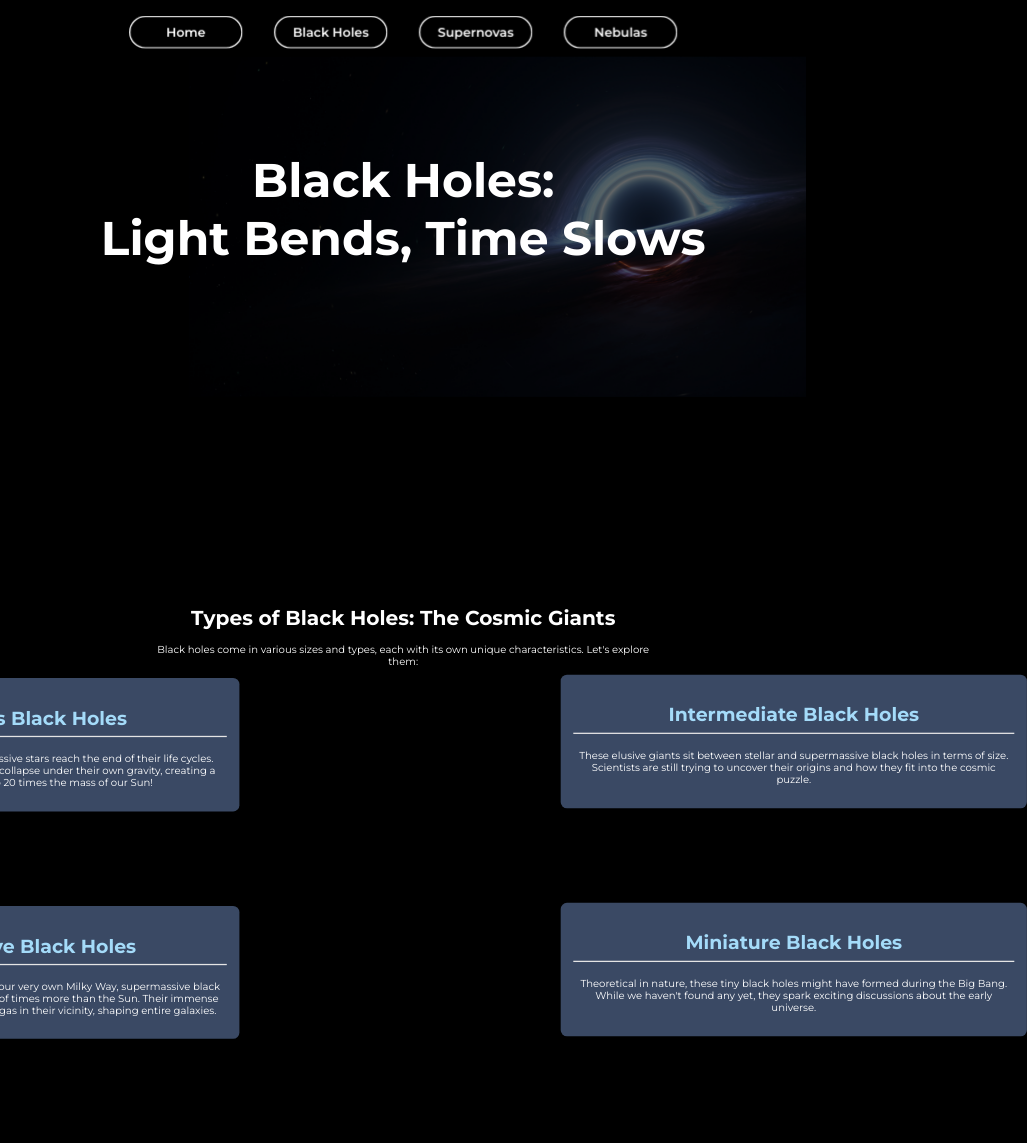
Repository: english-only/Space-Website
Page: black_hole.html
An editor plug-in stored every save of this project. The page is shown before and after the next save, followed by the edit.
The browser window is 1280 px wide. The page is 1630 px wide, so the pictures cover 1630 px, including what lies to the right of the window. The pictures show the whole page, at 63% of full size.
Backgrounds fixed to the window are drawn as part of the page.

Above is the page before, as saved 2024-12-18 23:33:28.

### black_hole.html
<!DOCTYPE html>
<html lang="en">
  <head>
    <meta charset="utf-8" />
    <meta http-equiv="X-UA-Compatible" content="IE=edge" />
    <title>Welcome to Space</title>
    <meta name="viewport" content="width=device-width, initial-scale=1" />
    <link rel="stylesheet" type="text/css" media="screen" href="main.css" />
  </head>
  <body>
    <div class="background-2 fade-in"></div>
    <div class="wrapper fade-in">
      <nav class="navbar fade-in">
        <a href="index.html"
          ><button class="nav-button fade-in">Home</button></a
        >
        <a href="black_hole.html"
          ><button class="nav-button fade-in">Black Holes</button></a
        >
        <a href="supernovas.html"
          ><button class="nav-button fade-in">Supernovas</button></a
        >
        <a href="nebulas.html"
          ><button class="nav-button fade-in">Nebulas</button></a
        >
      </nav>
      <div class="page-2-hero fade-in">
        <h2>Black Holes:<br />Light Bends, Time Slows</h2>
      </div>
    </div>
    <div class="container">
      <div class="stupid-text">
        <h1>Types of Black Holes: The Cosmic Giants</h1>
        <p>
          Black holes come in various sizes and types, each with its own unique
          characteristics. Let's explore them:
        </p>
      </div>

      <div class="black-hole-container">
        <div class="black-hole-type">
          <h2 class="">Stellar-Mass Black Holes</h2>
          <div class="content">
            <p>
              These incredible objects form when massive stars reach the end of
              their life cycles. After exhausting their nuclear fuel, they
              collapse under their own gravity, creating a black hole that can
              be up to 20 times the mass of our Sun!
            </p>
          </div>
        </div>
        <div class="black-hole-type">
          <h2>Supermassive Black Holes</h2>
          <div class="content">
            <p>
              Found at the heart of galaxies, including our very own Milky Way,
              supermassive black holes can weigh millions or even billions of
              times more than the Sun. Their immense gravity influences the
              orbits of stars and gas in their vicinity, shaping entire
              galaxies.
            </p>
          </div>
        </div>
        <div class="black-hole-type u-idiot intermediate">
          <h2>Intermediate Black Holes</h2>
          <div class="content">
            <p>
              These elusive giants sit between stellar and supermassive black
              holes in terms of size. Scientists are still trying to uncover
              their origins and how they fit into the cosmic puzzle.
            </p>
          </div>
        </div>
        <div class="black-hole-type u-idiot miniature">
          <h2>Miniature Black Holes</h2>
          <div class="content">
            <p>
              Theoretical in nature, these tiny black holes might have formed
              during the Big Bang. While we haven't found any yet, they spark
              exciting discussions about the early universe.
            </p>
          </div>
        </div>
      </div>
    </div>
  </body>
</html>

### main.css
@import url('https://fonts.googleapis.com/css2?family=Montserrat:ital,wght@0,100..900;1,100..900&display=swap');
@keyframes fadeIn {
  from {
    opacity: 0;
  }
  to {
    opacity: 1;
  }
}

/* Fade-in class to be used on elements */
.fade-in {
  opacity: 0; /* Start invisible */
  animation: fadeIn 1s ease-in forwards; /* Apply fade-in animation */
}
body,
html {
  /* Ensure the body and html take full height */
  height: 100%;
  margin: 0;
  font-family: 'Montserrat';
  font-weight: 400;
  color: white;
}

body {
  /* Set a fallback background color */
  background-color: black;
}

.background {
  background-attachment: fixed;
  background-image: url('essay-gettyimages-1237093074.webp');
  background-size: cover;
  background-position: center;
  background-repeat: no-repeat;
  position: fixed; /* Keep background fixed while scrolling */
  height: 100vh;
  width: 100%;
  filter: brightness(25%);
  top: 0;
  left: 0;
  z-index: -10;
}

.wrapper {
  display: flex;
  flex-direction: column;
  justify-content: flex-start; /* Align items to the top */
  align-items: center; /* Center items horizontally */
  height: 600px;
  position: relative;
  padding-top: 20px;
  opacity: 0; /* Start invisible */
  animation: fadeIn 0.5s ease-in forwards; /* Apply fade-in animation */
}

.navbar {
  display: flex;
  gap: 50px;
  margin-top: 5px; /* Adjust as needed for spacing from the top */
}

.nav-button {
  padding: 12px 20px;
  border: 2px solid white;
  background-color: rgba(0, 0, 0, 0.5);
  color: white;
  font-size: 16px;
  cursor: pointer;
  transition: background-color 0.3s, color 0.3s;
  font-family: 'Red Hat Display';
  font-weight: 600;
  font-size: 20px;
  width: 180px;
  border-radius: 800px;
  font-family: Montserrat;
}

.nav-button:hover {
  background-color: white;
  color: black;
}

.hero-text {
  color: white;
  font-size: 50px;
  font-weight: 700;
  text-align: center;
  padding: 0; /* Remove padding to minimize hover area */
  display: inline-block; /* Restrict hover area to text content */
  transition: text-shadow 0.3s ease-in-out, transform 0.3s ease-in-out; /* Smooth transition */
}

.hero-text:hover {
  text-shadow: 3px 4px 3px rgba(255, 255, 255, 0.7); /* White shadow */
  transform: translateY(-10px); /* Raised effect */
}

@keyframes fadeInOut {
  0% {
    opacity: 0.5;
  }
  50% {
    opacity: 1;
  }
  100% {
    opacity: 0.5;
  }
}

.card-wrapper {
  display: flex;
  flex-direction: column; /* Stack cards vertically */
  align-items: center; /* Center cards horizontally */
  margin-top: 50px; /* Adjusts space from the top */
}

.row {
  display: flex;
  gap: 650px; /* Space between the cards */
  justify-content: center; /* Center the row */
  align-items: flex-start; /* Align cards to the top */
}

.black_hole {
  margin-left: -100px; /* Move the Black Holes card to the left */
  width: 500px;
}

.black_hole a {
  margin-left: 110px;
}

.cards {
  font-size: 25px;
  color: white;
  box-sizing: border-box;
  position: relative;
  top: -450px; /* Moves the element upwards */
  text-align: center;
}

.cards a {
  color: white;
  text-decoration: none;
  border: white 2px solid;
  display: inline-block;
  text-align: center;
  box-sizing: border-box;
  padding: 6px 20px;
  line-height: normal;
  transition: text-shadow 0.3s ease-in-out, transform 0.3s ease-in-out,
    background-color 0.3s ease-in-out, color 0.3s ease-in-out;
  border-radius: 600px;
}

.cards a:hover {
  text-shadow: 2px 2px 5px rgba(255, 255, 255, 0.7);
  transform: translateY(-5px);
  background-color: rgb(223, 223, 223);
  color: black;
}

.cards a h3 {
  margin: 0;
  padding: 0;
}

.cards p {
  margin-top: 15px;
  width: 800px; /* Adjust width to fit within card */
}

.cards p:hover {
  text-shadow: 2px 2px 5px rgba(255, 255, 255, 0.6);
  transform: translateY(-5px);
  transition: text-shadow 0.3s ease-in-out, transform 0.3s ease-in-out;
}

.nebula-card {
  margin-top: 100px;
}

.nebula-card a {
  justify-content: center;
  align-items: center;
  margin-left: 40px;
}

.nebula-card p {
  text-align: left;
  text-wrap: pretty;
  text-align: left; /* Align text to the left */
  width: 100%; /* Ensure the card takes the full width */
  margin-left: 100px;
  margin-right: 200px;
  max-width: 1750px;
  text-align: center; /* Align text to the center */
}

.videos {
  margin-top: -190px; /* Adjust the space below the Nebula card */
  text-align: center;
  width: 100%; /* Ensure it takes the full width */
  text-decoration: underline;
}

.videos h2 {
  position: relative; /* Ensure the text is positioned in normal flow */
  z-index: 1; /* Make sure it's above other content */
  pointer-events: auto; /* Allow text selection */
  overflow: visible; /* Ensure text is not clipped */
}

.video-links {
  display: grid;
  grid-template-columns: repeat(3, 400px); /* 3 columns, each 400px wide */
  grid-template-rows: repeat(2, 400px); /* 3 rows, each 400px tall */
  gap: 100px; /* Space between grid items */
  justify-content: center; /* Center the grid horizontally within the container */
  align-items: center; /* Center the grid items vertically */
  margin-top: -120px; /* Space above the grid (adjust this to decrease the gap) */
  margin-left: 160px;
}

.button-container {
  display: contents; /* Ensure buttons are placed directly in the grid */
}

.button-container a {
  display: block; /* Ensure buttons occupy full width of their grid cell */
  width: 215px; /* Full width of the grid cell */
  text-align: center;
  color: white;
  font-size: 20px;
  text-decoration: none; /* Remove underline */
  border: 2px solid white;
  padding: 8px 12px;
  border-radius: 600px;
  height: 30px;
  transition: background-color 0.3s, color 0.3s;
  margin-bottom: 10px; /* Decrease the space between the buttons and the text below */
  padding-top: 13px;
}

.button-container a:hover {
  background-color: white;
  color: black;
  font-weight: 700;
}

.images {
  display: contents; /* Ensure images are placed directly in the grid */
}

.black-hole-image,
.supernova-image,
.nebula-image {
  width: 100%; /* Full width of the grid cell */
  border: 2px solid white;
  border-radius: 20px;
  margin-top: -630px; /* Decrease the space between the images and the buttons above */
  margin-left: -10px;
}

.black-hole-image {
  width: 100%; /* Full width of the grid cell */
  border: 2px solid white;
  border-radius: 20px;
  margin-top: -630px; /* Decrease the space between the images and the buttons above */
  margin-left: -95px;
}

.supernova-image {
  width: 100%; /* Full width of the grid cell */
  border: 2px solid white;
  border-radius: 20px;
  margin-top: -630px; /* Decrease the space between the images and the buttons above */
  margin-left: -95px;
}

.nebula-image {
  height: 270px;
  width: auto;
  border: 2px solid white;
  border-radius: 20px;
  margin-top: -630px; /* Decrease the space between the images and the buttons above */
  margin-left: -125px;
}

/* page 2 from below */
.background-2 {
  background-attachment: fixed;
  background-image: url('thumb-1920-1346075.png');
  background-size: contain;
  background-position: 300px;
  background-repeat: no-repeat;
  position: fixed; /* Keep background fixed while scrolling */
  height: 100vh;
  width: 100%;
  filter: brightness(40%);
  z-index: -1; /* Place the background behind other content */
}

.page-2-hero {
  color: white;
  font-size: 50px;
  font-weight: 700;
  text-align: center;
  padding: 0; /* Remove padding to minimize hover area */
  display: inline-block; /* Restrict hover area to text content */
  transition: text-shadow 0.3s ease-in-out, transform 0.3s ease-in-out; /* Smooth transition */
}

.page-2-hero h2 {
  padding-top: 100px;
}

.page-2-hero:hover {
  text-shadow: 3px 4px 3px rgba(255, 255, 255, 0.7); /* White shadow */
  transform: translateY(-10px); /* Raised effect */
}

.container {
  max-width: 800px;
  margin: 0 auto;
  padding: 20px 0 20px 0;
  padding-bottom: 20px;
  text-align: center;
  margin-top: 300px;
}

.stupid-text {
  color: white;
}

.stupid-text:hover {
  cursor: pointer;
}

h1 {
  text-align: center;
  color: #ffffff;
}

.black-hole-type {
  background-color: #89aae96d;
  border-radius: 10px;
  padding: 20px;
  margin-bottom: 30px;
  box-shadow: 0 4px 6px rgba(0, 0, 0, 0.1);
  transition: transform 0.3s ease;
  max-width: 700px;
  margin-bottom: 150px;
}

.black-hole-type:hover {
  transform: scale(1.02);
}

.content {
  align-items: baseline;
  gap: 20px;
}

.black-hole-type h2 {
  color: #a4dbf9;
  border-bottom: 2px solid #e5e5e5;
  padding-bottom: 10px;
  font-size: 30px;
}

.u-idiot {
  margin-left: 1250px;
  min-width: 700px;
}

.intermediate {
  margin-top: -728px;
}

.black-hole-container {
  margin-left: -600px;
}

@keyframes fadeIn {
  from {
    opacity: 0;
  }
  to {
    opacity: 1;
  }
}

.black-hole-type {
  animation: fadeIn 1s ease-in;
}

@media (max-width: 600px) {
  .content {
    flex-direction: column;
  }
}

@keyframes fadeIn {
  from {
    opacity: 0;
  }
  to {
    opacity: 1;
  }
}

After the next save:
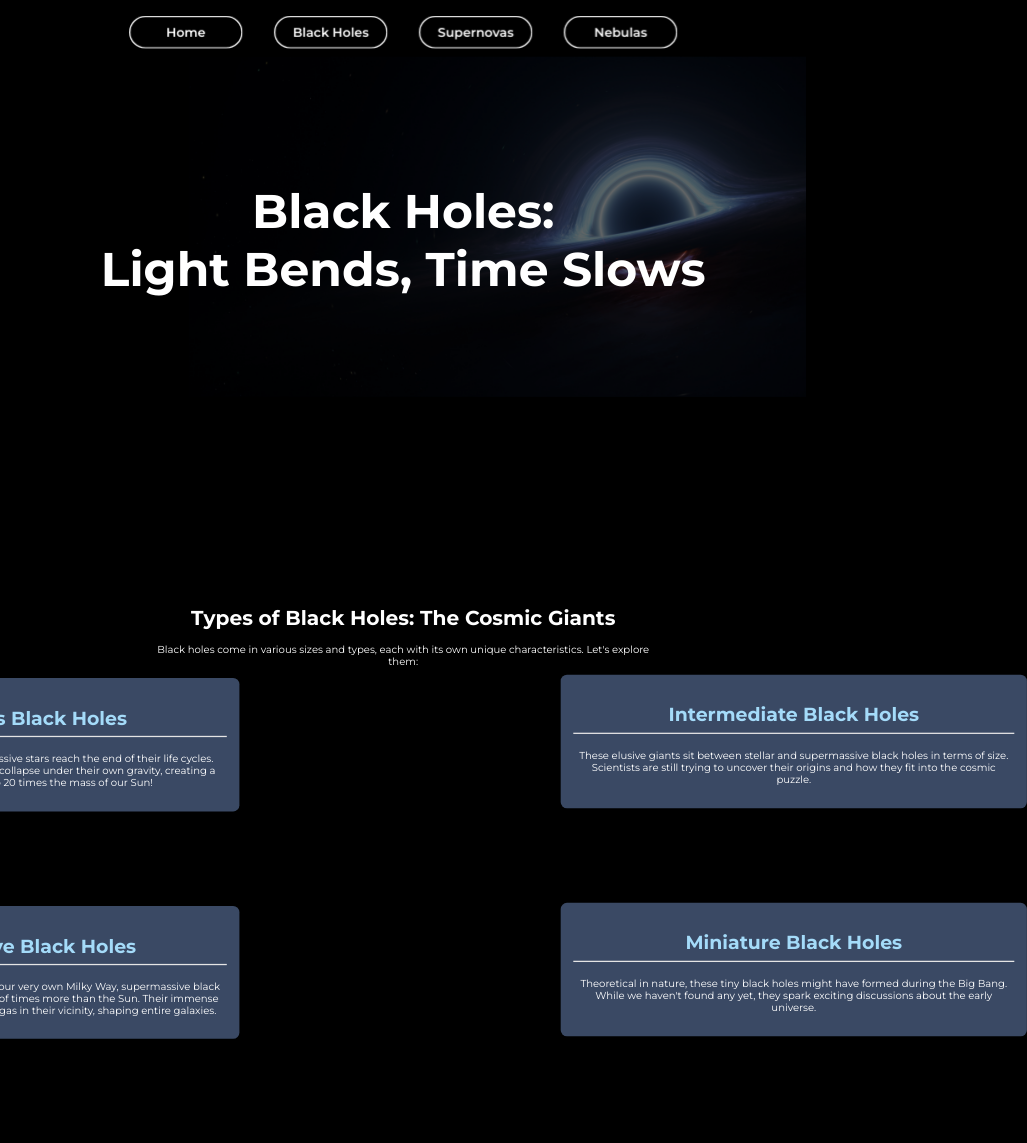
Saved 6 s later.
--- a/main.css
+++ b/main.css
@@ -314,7 +314,7 @@
 }
 
 .page-2-hero h2 {
-  padding-top: 100px;
+  padding-top: 150px;
 }
 
 .page-2-hero:hover {

After the save that followed:
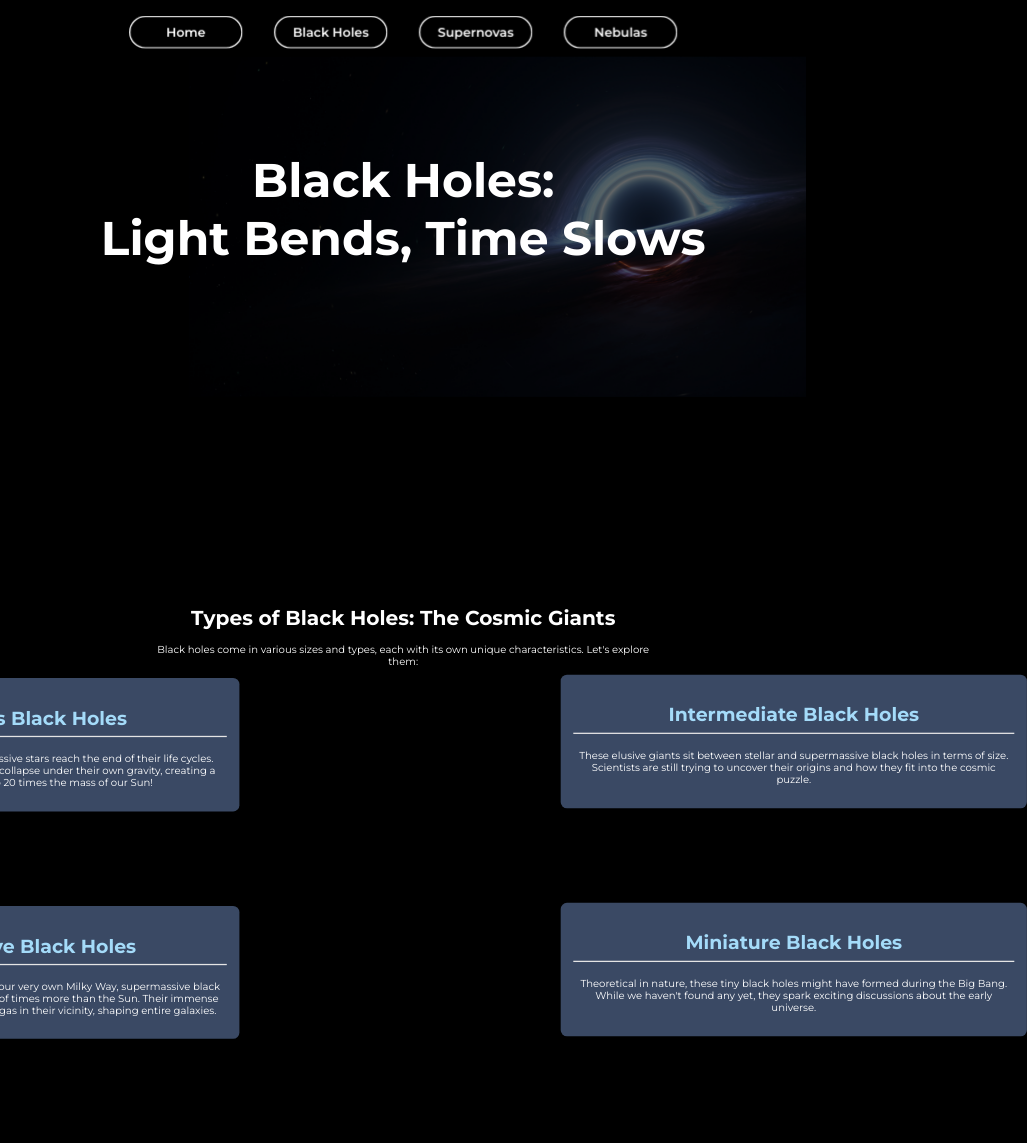
Saved 7 s later.
--- a/main.css
+++ b/main.css
@@ -314,7 +314,7 @@
 }
 
 .page-2-hero h2 {
-  padding-top: 150px;
+  padding-top: 100px;
 }
 
 .page-2-hero:hover {
